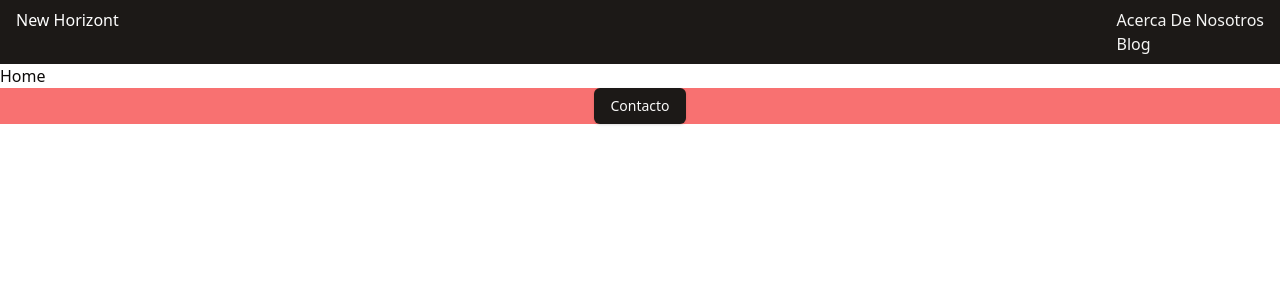
Repository: jefrydep/new-horizont-school
Page: /
An editor plug-in stored every save of this project. The page is shown before and after the next save, followed by the edit.
The browser window is 1280 px wide. The pictures show the whole page.
The project was rebuilt for these pictures with package versions that can differ from the ones it lists, and the page was loaded fresh each time. The framework's server and built-in components were replaced by stand-ins that run in the browser. Also part of the build but not shown: next.config.ts.

Above is the page before, as saved 2024-11-07 17:32:29.

### src/app/(new-horizont-school)/layout.tsx
// import type { Metadata } from "next";
// import localFont from "next/font/local";

import Navbar from "@/components/Navbar";

// const geistSans = localFont({
//   src: "./fonts/GeistVF.woff",
//   variable: "--font-geist-sans",
//   weight: "100 900",
// });
// const geistMono = localFont({
//   src: "./fonts/GeistMonoVF.woff",
//   variable: "--font-geist-mono",
//   weight: "100 900",
// });

// export const metadata: Metadata = {
//   title: "Create Next App",
//   description: "Generated by create next app",
// };

export default function SchoolLayout({
  children,
}: Readonly<{
  children: React.ReactNode;
}>) {
  return (
    <html lang="en">
      <body
      // className={`${geistSans.variable} ${geistMono.variable} antialiased`}
      >
        {children}
      </body>
    </html>
  );
}

### src/app/layout.tsx
import type { Metadata } from "next";
import localFont from "next/font/local";
import "./globals.css";
import Navbar from "@/components/Navbar";
import { Button } from "@/components/ui/button";

const geistSans = localFont({
  src: "./fonts/GeistVF.woff",
  variable: "--font-geist-sans",
  weight: "100 900",
});
const geistMono = localFont({
  src: "./fonts/GeistMonoVF.woff",
  variable: "--font-geist-mono",
  weight: "100 900",
});

export const metadata: Metadata = {
  title: "Create Next App",
  description: "Generated by create next app",
};

export default function RootLayout({
  children,
}: Readonly<{
  children: React.ReactNode;
}>) {
  return (
    <html lang="en">
      <body
        className={`   ${geistSans.variable} ${geistMono.variable} antialiased`}
      >
        <Navbar />
        {children}
        <div className=" bg-red-400 flex justify-center">
          <Button>Contacto</Button>
        </div>
        {/* <div className="absolute bg-red-400 bottom-0 left-1/2 transform -translate-x-1/2 mb-4">
          <Button>Contacto</Button>
        </div> */}
      </body>
    </html>
  );
}

### src/app/globals.css
@tailwind base;
@tailwind components;
@tailwind utilities;

/* :root {
  --background: #ffffff;
  --foreground: #171717;
}

@media (prefers-color-scheme: dark) {
  :root {
    --background: #0a0a0a;
    --foreground: #ededed;
  }
}

body {
  color: var(--foreground);
  background: var(--background);
  font-family: Arial, Helvetica, sans-serif;
} */
@layer base {
  :root {
    --background: 0 0% 100%;
    --foreground: 20 14.3% 4.1%;
    --card: 0 0% 100%;
    --card-foreground: 20 14.3% 4.1%;
    --popover: 0 0% 100%;
    --popover-foreground: 20 14.3% 4.1%;
    --primary: 24 9.8% 10%;
    --primary-foreground: 60 9.1% 97.8%;
    --secondary: 60 4.8% 95.9%;
    --secondary-foreground: 24 9.8% 10%;
    --muted: 60 4.8% 95.9%;
    --muted-foreground: 25 5.3% 44.7%;
    --accent: 60 4.8% 95.9%;
    --accent-foreground: 24 9.8% 10%;
    --destructive: 0 84.2% 60.2%;
    --destructive-foreground: 60 9.1% 97.8%;
    --border: 20 5.9% 90%;
    --input: 20 5.9% 90%;
    --ring: 20 14.3% 4.1%;
    --chart-1: 12 76% 61%;
    --chart-2: 173 58% 39%;
    --chart-3: 197 37% 24%;
    --chart-4: 43 74% 66%;
    --chart-5: 27 87% 67%;
    --radius: 0.5rem
  }
  .dark {
    --background: 20 14.3% 4.1%;
    --foreground: 60 9.1% 97.8%;
    --card: 20 14.3% 4.1%;
    --card-foreground: 60 9.1% 97.8%;
    --popover: 20 14.3% 4.1%;
    --popover-foreground: 60 9.1% 97.8%;
    --primary: 60 9.1% 97.8%;
    --primary-foreground: 24 9.8% 10%;
    --secondary: 12 6.5% 15.1%;
    --secondary-foreground: 60 9.1% 97.8%;
    --muted: 12 6.5% 15.1%;
    --muted-foreground: 24 5.4% 63.9%;
    --accent: 12 6.5% 15.1%;
    --accent-foreground: 60 9.1% 97.8%;
    --destructive: 0 62.8% 30.6%;
    --destructive-foreground: 60 9.1% 97.8%;
    --border: 12 6.5% 15.1%;
    --input: 12 6.5% 15.1%;
    --ring: 24 5.7% 82.9%;
    --chart-1: 220 70% 50%;
    --chart-2: 160 60% 45%;
    --chart-3: 30 80% 55%;
    --chart-4: 280 65% 60%;
    --chart-5: 340 75% 55%
  }
}
@layer base {
  * {
    @apply border-border;
  }
  body {
    @apply bg-background text-foreground;
  }
}

### src/components/Navbar.tsx
import { Menu } from "lucide-react";
import Link from "next/link";

export default function Navbar() {
  return (
    <header className="bg-primary h-16">
      <div className="flex justify-between m-auto      container px-4 py-2  ">
        <div className="text-white">New Horizont</div>
        <nav className="outline-none hidden sm:block list-none">
          <li className="text-secondary">
            <Link href={"/about"}>Acerca De Nosotros</Link>
          </li>
          <li className="text-secondary">
            <Link href={"/blog"}>Blog</Link>
          </li>
        </nav>
        <div className="  sm:hidden">
          <Menu color="white" size={45} />
        </div>
        {/* <li className="text-secondary">
            <Link href={"/about"}>About</Link>
          </li> */}
      </div>
    </header>
  );
}

### src/components/ui/button.tsx
import * as React from "react"
import { Slot } from "@radix-ui/react-slot"
import { cva, type VariantProps } from "class-variance-authority"

import { cn } from "@/lib/utils"

const buttonVariants = cva(
  "inline-flex items-center justify-center gap-2 whitespace-nowrap rounded-md text-sm font-medium transition-colors focus-visible:outline-none focus-visible:ring-1 focus-visible:ring-ring disabled:pointer-events-none disabled:opacity-50 [&_svg]:pointer-events-none [&_svg]:size-4 [&_svg]:shrink-0",
  {
    variants: {
      variant: {
        default:
          "bg-primary text-primary-foreground shadow hover:bg-primary/90",
        destructive:
          "bg-destructive text-destructive-foreground shadow-sm hover:bg-destructive/90",
        outline:
          "border border-input bg-background shadow-sm hover:bg-accent hover:text-accent-foreground",
        secondary:
          "bg-secondary text-secondary-foreground shadow-sm hover:bg-secondary/80",
        ghost: "hover:bg-accent hover:text-accent-foreground",
        link: "text-primary underline-offset-4 hover:underline",
      },
      size: {
        default: "h-9 px-4 py-2",
        sm: "h-8 rounded-md px-3 text-xs",
        lg: "h-10 rounded-md px-8",
        icon: "h-9 w-9",
      },
    },
    defaultVariants: {
      variant: "default",
      size: "default",
    },
  }
)

export interface ButtonProps
  extends React.ButtonHTMLAttributes<HTMLButtonElement>,
    VariantProps<typeof buttonVariants> {
  asChild?: boolean
}

const Button = React.forwardRef<HTMLButtonElement, ButtonProps>(
  ({ className, variant, size, asChild = false, ...props }, ref) => {
    const Comp = asChild ? Slot : "button"
    return (
      <Comp
        className={cn(buttonVariants({ variant, size, className }))}
        ref={ref}
        {...props}
      />
    )
  }
)
Button.displayName = "Button"

export { Button, buttonVariants }

Loaded but not shown: src/app/(new-horizont-school)/page.tsx (common file); src/lib/utils.ts (common file); tailwind.config.ts (common file)

After the next save:
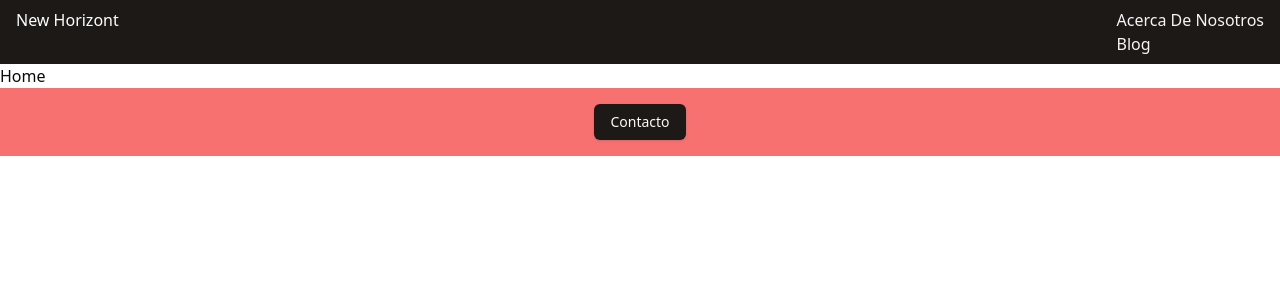
Saved 10 s later.
--- a/src/app/layout.tsx
+++ b/src/app/layout.tsx
@@ -32,7 +32,7 @@ export default function RootLayout({
       >
         <Navbar />
         {children}
-        <div className=" bg-red-400 flex justify-center">
+        <div className=" bg-red-400 flex justify-center py-4">
           <Button>Contacto</Button>
         </div>
         {/* <div className="absolute bg-red-400 bottom-0 left-1/2 transform -translate-x-1/2 mb-4">
